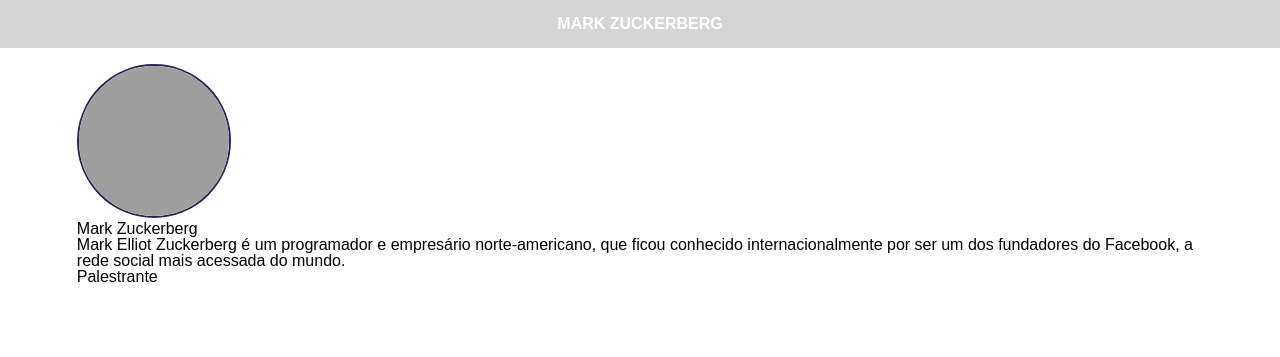
Repository: tomoliveira1/aluraconf
Page: profile.html
An editor plug-in stored every save of this project. The page is shown before and after the next save, followed by the edit.
The browser window is 1280 px wide. The pictures show the whole page.
Pictures or frames that could not be fetched are drawn as grey boxes.

Above is the page before, as saved 2021-10-15 00:28:43.

### profile.html
<!DOCTYPE html>
<html lang="en">
  <head>
    <meta charset="UTF-8" />
    <meta http-equiv="X-UA-Compatible" content="IE=edge" />
    <meta name="viewport" content="width=device-width, initial-scale=1.0" />
    <title>AluraConf | Profile</title>

    <link rel="stylesheet" href="aluraconf/css/reset.css">
    <link rel="stylesheet" href="aluraconf/css/base.css">
    <link rel="stylesheet" href="aluraconf/css/profile.css">
  </head>
  <body>
    <main>
        <section class="banner">
            <div class="container">
                <h1 class="banner_title">
                    Mark Zuckerberg
                </h1>
            </div>
        </section>

        <section class="profile">
            <div class="container">
                <div class="profile_image">
                    <img class="profile_avatar" src="https://i.insider.com/60c1df2b23393a00188e25da?width=1136&format=jpeg" alt="Mark Zuckerberg">
                </div>
                <h2 class="profile_name">Mark Zuckerberg</h2>
                <div class="profile_bio">
                    <p>
                        Mark Elliot Zuckerberg é um programador e empresário norte-americano, que ficou conhecido internacionalmente por ser um dos fundadores do Facebook, a rede social mais acessada do mundo.
                    </p>
                </div>
                <span class="profile_badge">Palestrante</span>
                <div class="profile_socials"></div>
            </div>
        </section>
    </main>
  </body>
</html>

### aluraconf/css/base.css
:root {
  /* Colors */
  --clr-gray: #37474f;
  --placeholder: #222;
  --text-color: #3f434f;
  --red: #eb4b36;
  --bg-orange: #ba5f53;
  --bg-color-darker: #282355;
  --bg-color-lighter: #533a8a;
  --button-hover: #2a87a1;
  --clr-primary: #2f7b91;
  --button: #5fa3a3;
  --white: #fff;
  --beige: #bea187;
  --input: #d5d5d5;
  --clr-gray-light: #b0bec5;
  --light-beige: #f8f5f2;

  /* Fonts */

  --bebas-neue: "Bebas Neue", cursive;
  --montserrat: "Montserrat", sans-serif;
}

html {
  scroll-behavior: smooth;
}

body {
  font-family: "Bebas Neue", cursive;
  font-family: "Montserrat", sans-serif;
}

.container {
  padding-right: 6%;
  padding-left: 6%;
}

.title {
  font-family: var(--bebas-neue);
  text-transform: uppercase;
  text-align: center;
  font-size: 3rem;
}

.button {
  background-color: var(--button);
  color: var(--white);
  font-weight: 600;
  text-align: center;
  display: block;
  box-sizing: border-box;
  padding: 1rem 2rem;
  border-radius: 5px;
  transition: all 0.2s;
}

.button:hover {
  background-color: var(--button-hover);
}

### aluraconf/css/profile.css
.banner {
    background-color: var(--input);
    color: var(--white);
    padding: 1rem;
}

.banner_title {
    text-align: center;
    text-transform: uppercase;
    font-weight: 900;
}

.profile_image {
    margin-top: 1rem;
    position: relative;
    display: inline-block;
}

.profile_avatar {
    width: 150px;
    height: 150px;
    border-radius: 50%;
    border: 2px solid var(--bg-color-darker);
}

Loaded but not shown: aluraconf/css/reset.css (common file)

After the next save:
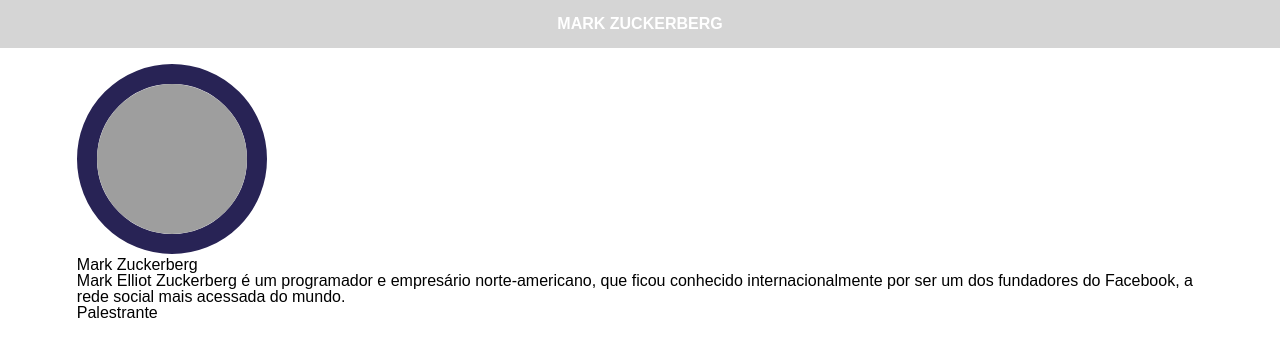
Saved 4 s later.
--- a/aluraconf/css/profile.css
+++ b/aluraconf/css/profile.css
@@ -20,5 +20,5 @@
     width: 150px;
     height: 150px;
     border-radius: 50%;
-    border: 2px solid var(--bg-color-darker);
+    border: 20px solid var(--bg-color-darker);
 }
